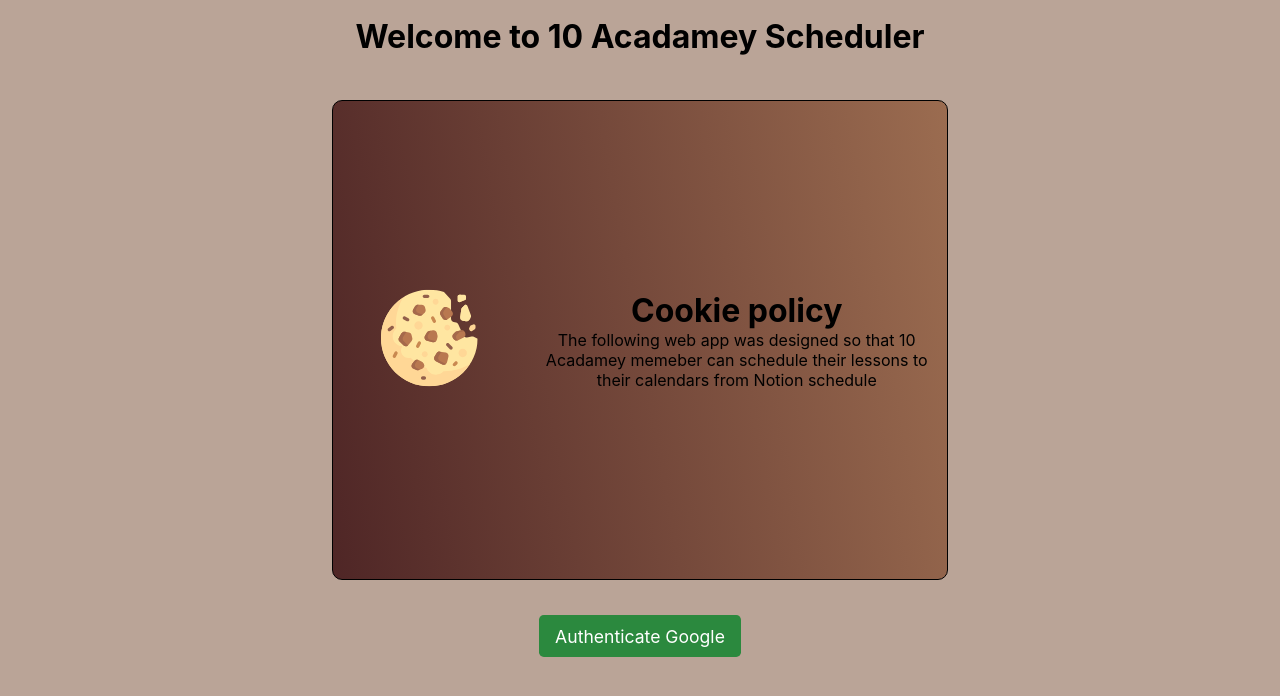
Repository: nebilarega/calendar-extractor
Page: / (app in frontend/)
The author's editor kept a copy of each file at every save. The page is drawn from the files as they stood at one save, then again after the next save.
The browser window is 1280 px wide. The pictures show the whole page.
The project was rebuilt for these pictures with package versions that can differ from the ones it lists, and the page was loaded fresh each time.

Above is the page before, as saved 2022-08-25 00:04:40.

### frontend/src/App.js
import "./App.css";
import { GoogleOAuthProvider } from "@react-oauth/google";
import { GoogleLogin } from "@react-oauth/google";
import { useState } from "react";
import axios from "axios";

import LandingPage from "./component/LandingPage";

const sampleData = {
  submmary: "Nebil this is a new event",
  description: "A chance to hear more about Google's developer products.",
  location: "800 Howard St., San Francisco, CA 94103",
  start: "August 23, 2022 8:00 AM UTC",
  end: "August 23, 2022 9:00 AM UTC",
  hangoutLink: "meet.google.com/ysb-kjdn-hpp",
};
const App = () => {
  let url;
  const [disabled, setDisabled] = useState(false);
  const responseGoogle = (response) => {
    const code = response;
    axios
      .post("/api/create-tokens", code)
      .then((response) => {
        console.log("response", response.data);
      })
      .catch((error) => {
        console.log(error);
      });
  };
  const responseError = (response) => {
    console.log(response);
  };
  const getUrl = () => {
    axios.get("/api/create-token-v2").then((response) => {
      url = response.data.url;
      if (url) {
        setDisabled(true);
      }
      window.open(url, "_blank");
    });
  };
  const handleClick = () => {
    axios.post("/api/create-events", sampleData).then((response) => {
      console.log("response", response.data);
    });
  };
  return (
    <div className="App" style={{ height: "100vh" }}>
      <LandingPage
        disabled={disabled}
        getUrl={getUrl}
        handleClick={handleClick}
      ></LandingPage>
    </div>
  );
};

export default App;

### frontend/src/App.css
.App {
  text-align: center;
}

.App-logo {
  height: 40vmin;
  pointer-events: none;
}

@media (prefers-reduced-motion: no-preference) {
  .App-logo {
    animation: App-logo-spin infinite 20s linear;
  }
}

.App-header {
  background-color: #282c34;
  min-height: 100vh;
  display: flex;
  flex-direction: column;
  align-items: center;
  justify-content: center;
  font-size: calc(10px + 2vmin);
  color: white;
}

.App-link {
  color: #61dafb;
}

@keyframes App-logo-spin {
  from {
    transform: rotate(0deg);
  }
  to {
    transform: rotate(360deg);
  }
}
.center {
  display: flex;
  justify-content: center;
  align-items: center;
}
.academy {
  width: 100%;
  height: 50vh;
  border-radius: 10px;
  display: flex;
  flex-direction: column;
  justify-content: space-between;
  align-items: center;
  /* margin-left: 10%; */
  /* margin-right: 10%; */
}
.academy-calendar {
  margin-top: 20%;
  font-size: 30px;
}

### frontend/src/component/LandingPage.js
import "../css/landing.css";

const LandingPage = ({ disabled, handleClick, getUrl }) => {
  return (
    <div className="main">
      <header className="header">
        <span className="title"> Welcome to 10 Acadamey Scheduler</span>
      </header>
      <main className="body">
        <div className="card">
          <div className="cookie__container">
            <svg
              width="512"
              height="512"
              viewBox="0 0 512 512"
              fill="none"
              xmlns="http://www.w3.org/2000/svg"
            >
              <g id="cookies-svgrepo-com 1" clipPath="url(#clip0_1_4)">
                <g id="crumbs">
                  <g id="Group">
                    <path
                      id="Vector"
                      d="M469.253 151.699L453.086 148.466C443.898 146.628 437.746 137.932 439.071 128.657L444.704 89.224C445.207 85.707 446.847 82.495 449.233 79.881C446.837 79.76 444.377 80.531 442.464 82.443L429.991 94.915C427.29 97.616 425.537 101.121 424.998 104.902L419.365 144.335C418.04 153.612 424.193 162.307 433.38 164.144L449.547 167.377C456.562 168.779 463.731 165.811 467.7 159.858L473.019 151.88C471.767 151.905 470.514 151.952 469.253 151.699Z"
                      fill="#FFD796"
                    />
                    <path
                      id="Vector_2"
                      d="M435.885 48.122C430.086 50.441 423.779 46.171 423.779 39.926V26.482H414.951C410.076 26.482 406.123 30.435 406.123 35.31V57.582C406.123 63.828 412.43 68.098 418.229 65.778L444.712 55.185C448.063 53.844 450.261 50.599 450.261 46.989V42.372L435.885 48.122Z"
                      fill="#FFD796"
                    />
                    <path
                      id="Vector_3"
                      d="M472.318 192.523L467.1 202.959C465.858 205.444 465.858 208.369 467.1 210.854L469.481 215.618C471.856 220.367 477.855 221.961 482.273 219.016L496.504 209.529C498.96 207.891 500.435 205.135 500.435 202.184V192.673C500.435 186.648 494.532 182.393 488.816 184.299L477.421 188.097C475.201 188.836 473.365 190.428 472.318 192.523Z"
                      fill="#FFD796"
                    />
                  </g>
                  <g id="Group_2">
                    <path
                      id="Vector_4"
                      d="M406.124 35.31V57.582C406.124 63.828 412.431 68.098 418.23 65.778L444.713 55.185C448.064 53.844 450.262 50.598 450.262 46.989V35.31C450.262 30.435 446.309 26.482 441.434 26.482H414.951C410.077 26.482 406.124 30.435 406.124 35.31Z"
                      fill="#FFE6A1"
                    />
                    <path
                      id="Vector_5"
                      d="M424.997 104.904L419.364 144.338C418.039 153.614 424.192 162.31 433.379 164.147L449.546 167.38C456.562 168.784 463.73 165.814 467.699 159.861L473.779 150.741C476.928 146.016 477.614 140.065 475.62 134.749L457.203 85.638C454.912 79.53 447.077 77.833 442.464 82.446L429.992 94.917C427.29 97.618 425.538 101.123 424.997 104.904Z"
                      fill="#FFE6A1"
                    />
                  </g>
                </g>
                <g id="cookie">
                  <path
                    id="Vector_6"
                    d="M479.632 248.36L455.291 253.228C447.191 254.848 439.05 250.635 435.695 243.086L409.622 184.42C407.415 179.453 403.043 175.781 397.771 174.462L384.188 171.067C376.328 169.102 370.815 162.041 370.815 153.939V59.803C370.815 55.404 369.172 51.163 366.209 47.911L333.415 11.925C303.848 2.562 271.976 -1.615 238.84 0.567C111.485 8.957 8.31599 112.557 0.544988 239.95C-8.52201 388.608 109.356 512 256.055 512C395.978 512 509.609 399.725 511.945 260.359L490.991 249.882C487.479 248.125 483.482 247.59 479.632 248.36Z"
                    fill="#FFE6A1"
                  />
                  <g id="Group_3">
                    <path
                      id="Vector_7"
                      d="M335.503 432.551C333.949 432.551 332.418 432.462 330.871 432.434C321.171 443.315 307.089 450.206 291.365 450.206C268.205 450.206 248.569 435.316 241.372 414.608C209.693 402.071 181.119 383.419 157.105 360.071C153.472 361.166 149.699 361.93 145.709 361.93C123.77 361.93 105.985 344.145 105.985 322.206C105.985 314.544 108.257 307.453 112.015 301.385C111.746 300.904 111.459 300.437 111.192 299.954C83.637 298.086 61.848 275.201 61.848 247.172C61.848 230.653 69.414 215.908 81.265 206.194C80.142 196.463 79.503 186.585 79.503 176.551C79.503 126.202 94.097 79.289 119.2 39.697C47.614 85.085 0.0549927 164.964 0.0549927 256C0.0549927 397.385 114.67 512 256.055 512C347.091 512 426.969 464.441 472.358 392.855C432.766 417.958 385.853 432.551 335.503 432.551Z"
                      fill="#FFD796"
                    />
                    <path
                      id="Vector_8"
                      d="M198.676 211.862C210.864 211.862 220.745 201.981 220.745 189.793C220.745 177.605 210.864 167.724 198.676 167.724C186.488 167.724 176.607 177.605 176.607 189.793C176.607 201.981 186.488 211.862 198.676 211.862Z"
                      fill="#FFD796"
                    />
                    <path
                      id="Vector_9"
                      d="M432.607 357.517C444.795 357.517 454.676 347.636 454.676 335.448C454.676 323.26 444.795 313.379 432.607 313.379C420.419 313.379 410.538 323.26 410.538 335.448C410.538 347.636 420.419 357.517 432.607 357.517Z"
                      fill="#FFD796"
                    />
                    <path
                      id="Vector_10"
                      d="M231.779 357.517C240.311 357.517 247.227 350.601 247.227 342.069C247.227 333.537 240.311 326.621 231.779 326.621C223.247 326.621 216.331 333.537 216.331 342.069C216.331 350.601 223.247 357.517 231.779 357.517Z"
                      fill="#FFD796"
                    />
                    <path
                      id="Vector_11"
                      d="M350.952 216.275C359.484 216.275 366.4 209.359 366.4 200.827C366.4 192.295 359.484 185.379 350.952 185.379C342.42 185.379 335.504 192.295 335.504 200.827C335.504 209.359 342.42 216.275 350.952 216.275Z"
                      fill="#FFD796"
                    />
                    <path
                      id="Vector_12"
                      d="M289.159 79.448C297.691 79.448 304.607 72.5317 304.607 64C304.607 55.4683 297.691 48.552 289.159 48.552C280.627 48.552 273.711 55.4683 273.711 64C273.711 72.5317 280.627 79.448 289.159 79.448Z"
                      fill="#FFD796"
                    />
                  </g>
                  <g id="Group_4">
                    <path
                      id="Vector_13"
                      d="M243.209 227.386L233.004 244.395C226.904 254.561 232.36 267.731 243.861 270.606L274.237 278.2C283.697 280.565 293.283 274.814 295.647 265.354L299.122 251.454C299.825 248.642 299.825 245.702 299.122 242.89L295.448 228.193C293.163 219.05 284.099 213.314 274.858 215.162L254.886 219.156C250.008 220.133 245.769 223.121 243.209 227.386Z"
                      fill="#B97850"
                    />
                    <path
                      id="Vector_14"
                      d="M294.162 336.673L283.519 354.411C278.228 363.23 281.564 374.687 290.762 379.286L324.644 396.227C334.746 401.279 346.928 395.675 349.668 384.718L353.158 370.758L357.237 354.439C359.776 344.283 352.97 334.16 342.605 332.679L311.796 328.277C304.766 327.273 297.816 330.582 294.162 336.673Z"
                      fill="#B97850"
                    />
                    <path
                      id="Vector_15"
                      d="M108.413 231.358L95.424 253.007C91.256 259.954 92.351 268.846 98.079 274.575L118.521 295.018C125.962 302.459 138.218 301.78 144.792 293.563L162.317 271.656C165.759 267.354 166.995 261.691 165.658 256.345L161.661 240.357C160.006 233.737 154.686 228.665 147.996 227.326L127.014 223.13C119.698 221.666 112.252 224.96 108.413 231.358Z"
                      fill="#B97850"
                    />
                    <path
                      id="Vector_16"
                      d="M180.291 88.019L170.275 104.713C164.464 114.398 169.116 126.974 179.831 130.546L201.566 137.791C207.91 139.905 214.904 138.254 219.633 133.526L231.332 121.827C235.717 117.442 237.48 111.077 235.976 105.061L232.916 92.822C230.951 84.961 223.889 79.447 215.787 79.447H195.429C189.229 79.448 183.482 82.702 180.291 88.019Z"
                      fill="#B97850"
                    />
                    <path
                      id="Vector_17"
                      d="M393.516 224.47L383.297 234.689C376.403 241.583 376.403 252.762 383.297 259.657L388.298 264.658C393.672 270.032 401.88 271.364 408.678 267.965L437.595 253.507C444.996 249.806 448.835 241.462 446.828 233.434L445.518 228.195C443.233 219.052 434.169 213.316 424.928 215.164L402.539 219.642C399.12 220.324 395.981 222.005 393.516 224.47Z"
                      fill="#B97850"
                    />
                    <path
                      id="Vector_18"
                      d="M327.869 98.456L316.144 114.09C311.837 119.832 311.436 127.612 315.129 133.767L325.978 151.848C331.164 160.492 342.523 163.046 350.91 157.455L372.94 142.768C381.374 137.146 383.352 125.593 377.271 117.485L365.295 101.517C363.14 98.644 360.161 96.496 356.754 95.361L347.576 92.301C340.366 89.896 332.428 92.376 327.869 98.456Z"
                      fill="#B97850"
                    />
                    <path
                      id="Vector_19"
                      d="M176.789 377.385L165.261 391.795C157.86 401.046 161.491 414.816 172.491 419.217L187.976 425.411C192.186 427.095 196.881 427.095 201.09 425.411L218.468 418.459C228.88 414.295 232.822 401.604 226.602 392.273L223.617 387.796C221.912 385.239 219.571 383.173 216.823 381.798L198.473 372.623C191.024 368.9 181.989 370.885 176.789 377.385Z"
                      fill="#B97850"
                    />
                  </g>
                  <g id="Group_5">
                    <path
                      id="Vector_20"
                      d="M140.428 292.921L119.986 272.479C114.258 266.751 113.162 257.858 117.331 250.912L130.32 229.263C131.428 227.417 132.892 225.918 134.511 224.63L127.015 223.132C119.699 221.669 112.252 224.963 108.413 231.36L95.424 253.009C91.256 259.956 92.351 268.848 98.079 274.577L118.521 295.019C125.418 301.916 136.396 301.75 143.206 295.158C142.23 294.511 141.29 293.784 140.428 292.921Z"
                      fill="#A5694B"
                    />
                    <path
                      id="Vector_21"
                      d="M219.248 131.506L197.513 124.262C186.799 120.69 182.145 108.114 187.957 98.429L197.973 81.735C198.482 80.885 199.155 80.186 199.786 79.448H195.428C189.227 79.448 183.48 82.702 180.289 88.02L170.273 104.713C164.461 114.398 169.113 126.974 179.829 130.546L201.564 137.791C207.908 139.905 214.902 138.254 219.631 133.526L221.276 131.881C220.6 131.741 219.914 131.728 219.248 131.506Z"
                      fill="#A5694B"
                    />
                    <path
                      id="Vector_22"
                      d="M290.988 273.124L260.612 265.53C249.11 262.654 243.654 249.485 249.755 239.319L259.96 222.31C261.175 220.285 262.789 218.576 264.65 217.205L254.886 219.158C250.009 220.133 245.768 223.122 243.209 227.388L233.004 244.397C226.904 254.563 232.36 267.733 243.861 270.608L274.237 278.202C280.636 279.802 287.036 277.63 291.275 273.167C291.179 273.143 291.084 273.148 290.988 273.124Z"
                      fill="#A5694B"
                    />
                    <path
                      id="Vector_23"
                      d="M342.469 150.321L331.62 132.24C327.927 126.085 328.328 118.307 332.635 112.563L344.36 96.93C345.644 95.217 347.238 93.875 348.966 92.762L347.575 92.299C340.365 89.896 332.427 92.376 327.867 98.455L316.143 114.088C311.836 119.831 311.435 127.61 315.128 133.765L325.977 151.846C331.146 160.461 342.443 163.016 350.821 157.499C347.464 156.102 344.492 153.692 342.469 150.321Z"
                      fill="#A5694B"
                    />
                    <path
                      id="Vector_24"
                      d="M402.467 263.482C395.572 256.587 395.572 245.409 402.467 238.514L412.686 228.295C415.15 225.831 418.289 224.15 421.708 223.467L440.553 219.698C436.521 215.866 430.764 213.995 424.927 215.163L402.538 219.641C399.12 220.325 395.981 222.005 393.516 224.469L383.297 234.688C376.403 241.583 376.403 252.761 383.297 259.656L388.298 264.657C393.339 269.698 400.839 271.019 407.363 268.38L402.467 263.482Z"
                      fill="#A5694B"
                    />
                    <path
                      id="Vector_25"
                      d="M312.633 377.805C303.435 373.206 300.098 361.749 305.39 352.93L316.033 335.193C317.429 332.868 319.402 331.105 321.578 329.676L311.798 328.279C304.766 327.274 297.817 330.582 294.163 336.673L283.52 354.411C278.229 363.23 281.565 374.687 290.763 379.286L324.645 396.227C331.398 399.604 339.019 398.146 344.188 393.584L312.633 377.805Z"
                      fill="#A5694B"
                    />
                    <path
                      id="Vector_26"
                      d="M205.631 422.46L190.146 416.266C179.147 411.867 175.516 398.095 182.916 388.844L194.444 374.434C195.176 373.519 195.998 372.719 196.866 371.987C189.76 369.266 181.624 371.34 176.789 377.385L165.261 391.795C157.86 401.046 161.491 414.816 172.491 419.217L187.976 425.411C192.186 427.095 196.881 427.095 201.09 425.411L207.267 422.94C206.72 422.781 206.163 422.673 205.631 422.46Z"
                      fill="#A5694B"
                    />
                  </g>
                  <path
                    id="Vector_27"
                    d="M70.665 361.922C69.342 361.922 67.992 361.621 66.726 360.991C62.364 358.81 60.596 353.509 62.778 349.147L71.606 331.492C73.788 327.13 79.076 325.38 83.45 327.544C87.812 329.726 89.58 335.026 87.398 339.388L78.57 357.043C77.023 360.137 73.907 361.922 70.665 361.922Z"
                    fill="#C98850"
                  />
                  <path
                    id="Vector_28"
                    d="M229.572 476.689H220.744C215.869 476.689 211.916 472.741 211.916 467.861C211.916 462.982 215.869 459.033 220.744 459.033H229.572C234.447 459.033 238.4 462.981 238.4 467.861C238.4 472.741 234.447 476.689 229.572 476.689Z"
                    fill="#925F4A"
                  />
                  <path
                    id="Vector_29"
                    d="M194.253 308.965C192.93 308.965 191.58 308.664 190.314 308.034C185.952 305.852 184.184 300.551 186.366 296.19L195.194 278.535C197.371 274.182 202.66 272.423 207.038 274.587C211.4 276.769 213.168 282.069 210.986 286.431L202.158 304.086C200.611 307.181 197.494 308.965 194.253 308.965Z"
                    fill="#C98850"
                  />
                  <g id="Group_6">
                    <path
                      id="Vector_30"
                      d="M141.288 167.724C139.965 167.724 138.615 167.423 137.349 166.793L119.694 157.965C115.332 155.783 113.564 150.483 115.746 146.121C117.923 141.768 123.216 140 127.59 142.173L145.245 151C149.607 153.182 151.375 158.482 149.193 162.844C147.646 165.939 144.529 167.724 141.288 167.724Z"
                      fill="#925F4A"
                    />
                    <path
                      id="Vector_31"
                      d="M247.228 44.137H229.573C224.698 44.137 220.745 40.189 220.745 35.309C220.745 30.429 224.698 26.481 229.573 26.481H247.228C252.103 26.481 256.056 30.429 256.056 35.309C256.056 40.189 252.103 44.137 247.228 44.137Z"
                      fill="#925F4A"
                    />
                  </g>
                  <path
                    id="Vector_32"
                    d="M282.547 176.551C279.305 176.551 276.189 174.767 274.642 171.672L265.814 154.017C263.632 149.655 265.4 144.353 269.762 142.173C274.133 140 279.43 141.768 281.606 146.121L290.434 163.776C292.616 168.138 290.848 173.44 286.486 175.62C285.218 176.25 283.87 176.551 282.547 176.551Z"
                    fill="#C98850"
                  />
                  <g id="Group_7">
                    <path
                      id="Vector_33"
                      d="M40.286 219.777C39.099 219.192 38.022 218.325 37.163 217.2C34.213 213.316 34.972 207.779 38.857 204.83L54.579 192.894C58.46 189.943 63.993 190.709 66.949 194.588C69.899 198.472 69.14 204.009 65.255 206.958L49.534 218.893C46.777 220.985 43.193 221.209 40.286 219.777Z"
                      fill="#925F4A"
                    />
                    <path
                      id="Vector_34"
                      d="M370.814 317.793C368.555 317.793 366.296 316.931 364.573 315.207L346.918 297.552C343.47 294.104 343.47 288.517 346.918 285.069C350.366 281.621 355.953 281.621 359.401 285.069L377.056 302.724C380.504 306.172 380.504 311.759 377.056 315.207C375.331 316.931 373.072 317.793 370.814 317.793Z"
                      fill="#925F4A"
                    />
                  </g>
                  <path
                    id="Vector_35"
                    d="M388.469 406.069C386.21 406.069 383.951 405.207 382.228 403.483C378.78 400.035 378.78 394.448 382.228 391L391.056 382.172C394.504 378.724 400.091 378.724 403.539 382.172C406.987 385.62 406.987 391.207 403.539 394.655L394.711 403.483C392.986 405.207 390.728 406.069 388.469 406.069Z"
                    fill="#C98850"
                  />
                </g>
              </g>
              <defs>
                <clipPath id="clip0_1_4">
                  <rect width="512" height="512" fill="white" />
                </clipPath>
              </defs>
            </svg>
          </div>
          <div className="text__container">
            <h1 className="title">Cookie policy</h1>
            <div className="text">
              <p>
                The following web app was designed so that 10 Acadamey memeber
                can schedule their lessons to their calendars from Notion
                schedule
              </p>
            </div>
          </div>
        </div>
        <div className="footer">
          {!disabled ? (
            <div>
              <button className="google__api" onClick={getUrl}>
                Authenticate Google
              </button>
            </div>
          ) : (
            <div>
              <button className="post__event" onClick={handleClick}>
                Post Event
              </button>
            </div>
          )}
        </div>
      </main>
    </div>
  );
};

export default LandingPage;

### frontend/src/css/landing.css
/* Box sizing rules */
*,
*::before,
*::after {
  box-sizing: border-box;
}

/* Remove default margin */
body,
h1,
h2,
h3,
h4,
p,
figure,
blockquote,
dl,
dd {
  margin: 0;
}

/* Remove list styles on ul, ol elements with a list role, which suggests default styling will be removed */
ul[role="list"],
ol[role="list"] {
  list-style: none;
}

/* Set core root defaults */
html:focus-within {
  scroll-behavior: smooth;
}

/* A elements that don't have a class get default styles */
a:not([class]) {
  text-decoration-skip-ink: auto;
}

/* Make images easier to work with */
img,
picture {
  max-width: 100%;
  display: block;
}

/* Inherit fonts for inputs and buttons */
input,
button,
textarea,
select {
  font: inherit;
}

/* The remaining page */
.main {
  width: 100%;
  height: 100%;
  background-color: #baa497;
}
.header {
  width: 100%;
  height: 10vh;
  background-image: linear-gradient();
  background-color: "cyan";
  display: flex;
  justify-content: center;
  align-items: center;
}
.title {
  font-size: 2rem;
  font-weight: bold;
  color: "yellow";
}
.body {
  width: 100%;
  height: 90vh;
  padding: 1.5rem;
  background-color: "gray";
  display: flex;
  flex-direction: column;
  justify-content: center;
  align-items: center;
}
.card {
  width: 50%;
  height: 80%;
  border: 0.5px solid black;
  display: flex;
  border-radius: 10px;
  justify-content: center;
  align-items: center;
  background-image: linear-gradient(260deg, #9b6c50 0%, #4f2626 100%);
}
button {
  margin: 2.2rem;
  height: 2.6rem;
  padding-left: 1rem;
  padding-right: 1rem;
  font-size: 1.1rem;
  border-radius: 0.3rem;
  border: none;
  background-color: #2b893e;
  color: white;
}
button:focus {
  outline: none;
}
button:hover {
  background-color: #3dc959;
  cursor: pointer;
}
/* .cookie__container {
  display: flex;
  justify-content: center;
  align-items: center;
  height: 100%;
} */
.text__container {
  display: flex;
  flex-direction: column;
  justify-content: space-around;
  align-items: center;
  padding: 1rem;
}
.text {
  display: flex;
  justify-content: flex-start;
}
svg {
  width: 50%;
}

Loaded but not shown: frontend/public/index.html (common file); frontend/src/index.js (common file); frontend/src/index.css (common file)

After the next save:
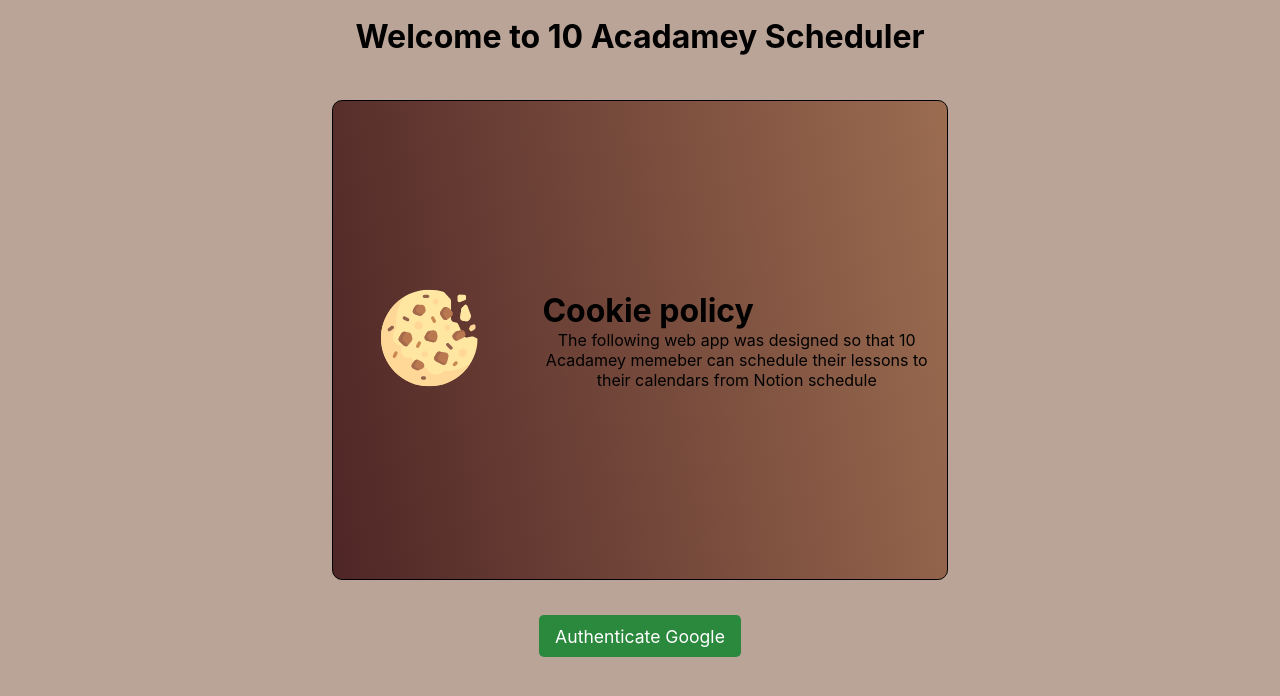
Saved 31 s later.
--- a/frontend/src/css/landing.css
+++ b/frontend/src/css/landing.css
@@ -117,8 +117,8 @@
 .text__container {
   display: flex;
   flex-direction: column;
-  justify-content: space-around;
-  align-items: center;
+  justify-content: center;
+  align-items: flex-start;
   padding: 1rem;
 }
 .text {
